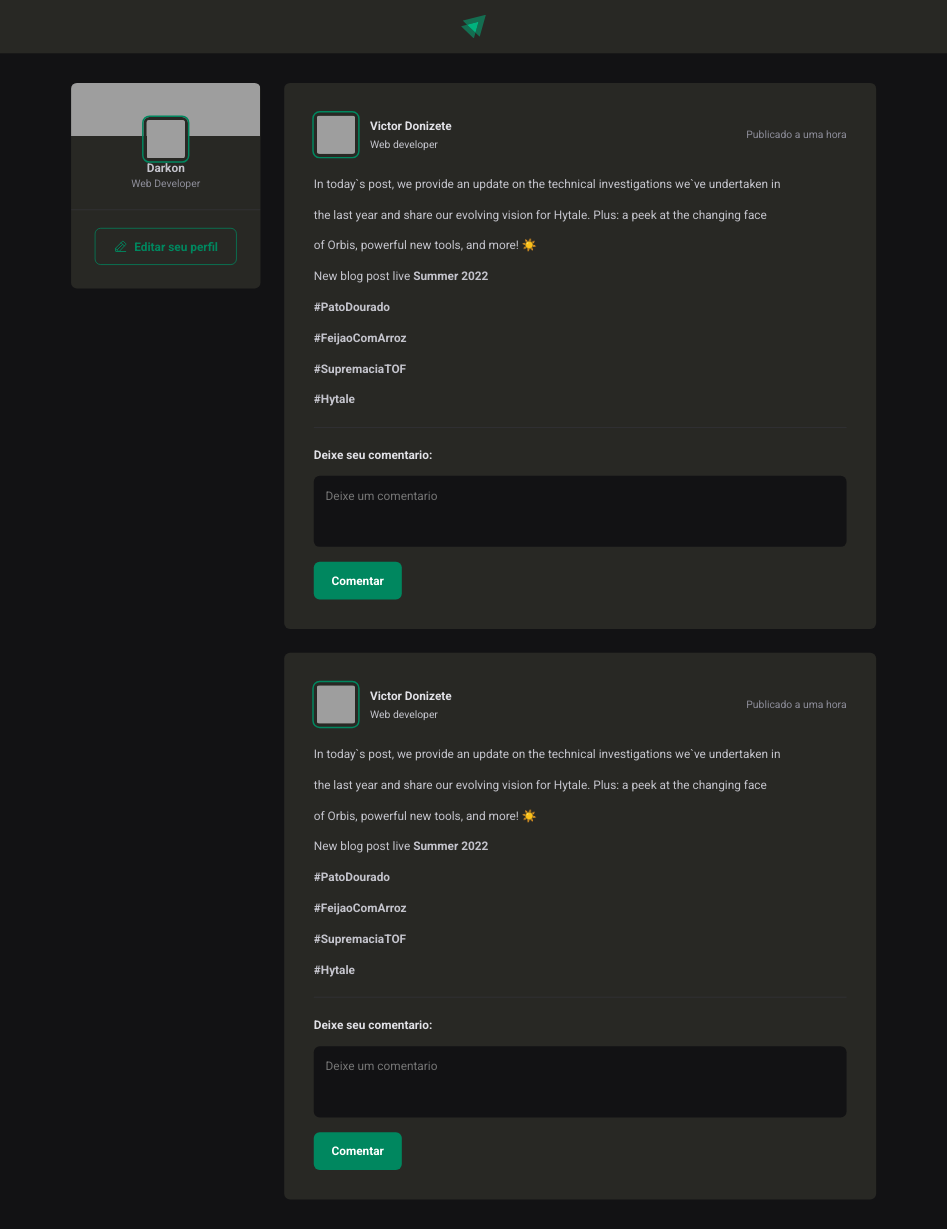
Repository: viviij/PseudoRedeSocial
Page: /
An editor plug-in stored every save of this project. The page is shown before and after the next save, followed by the edit.
The browser window is 1280 px wide. The pictures show the whole page, at 74% of full size.
Pictures or frames that could not be fetched are drawn as grey boxes. The project was rebuilt for these pictures with package versions that can differ from the ones it lists, and the page was loaded fresh each time. Also part of the build but not shown: vite.config.js.

Above is the page before, as saved 2022-08-02 12:48:28.

### index.html
<!DOCTYPE html>
<html lang="en">
  <head>
    <meta charset="UTF-8" />
    <link rel="preconnect" href="https://fonts.googleapis.com">
    <link rel="preconnect" href="https://fonts.gstatic.com" crossorigin>
    <link rel="icon" type="image/svg+xml" href="/vite.svg" />
    <meta name="viewport" content="width=device-width, initial-scale=1.0" />
    <link href="https://fonts.googleapis.com/css2?family=Roboto:wght@400;700&display=swap" rel="stylesheet">
    <title>RedeSocial</title>
  </head>
  <body>
    <div id="root"></div>
    <script type="module" src="/src/main.jsx"></script>
  </body>
</html>

### src/App.jsx
import { Header } from "./components/header";
import { Sidebar } from "./components/Sidebar"
import { Post } from "./components/Post"

import styles from "./App.module.css"
import "./global.css"
export function App() {
  return (
    <div>
      <Header />

      <div className={styles.wrapper}>
        <Sidebar />
        <main>
          <Post
            author="Victor Donizete"
            content="Texto generico criado apenas para simular uma postagem"
          />
          <Post
            author="Fernanda Medeiros"
            content="Texto generico criado apenas para simular uma postagem"
          />
        </main>
      </div>
    </div>
  )
}

### src/components/header.jsx
import styles from "./Header.module.css"

import IgniteLogo from '../assets/IgniteLogo.svg'

export function Header() {
  return (
    <header className={styles.header}>
      <img src={IgniteLogo} alt="Logo da ignite" />
    </header>
  )
}

### src/components/Sidebar.jsx
import styles from "./Sidebar.module.css"
import { PencilLine } from "phosphor-react"

export function Sidebar() {
  return (
    <aside className={styles.sidebar}>
      <img
        className={styles.cover}
        src="https://images.unsplash.com/photo-1659095579647-7c1bbc73b36f?ixlib=rb-1.2.1&ixid=MnwxMjA3fDB8MHxlZGl0b3JpYWwtZmVlZHw1fHx8ZW58MHx8fHw%3D&auto=format&fit=crop&w=500&q=10" alt="plano de fundo"
      />

      <div className={styles.profile}>
        <img
          className={styles.avatar}
          src="https://github.com/viviij.png" alt="Foto de perfil" />

        <strong>Darkon</strong>
        <span>Web Developer</span>
      </div>

      <footer>
        <a
          href="#">
          <PencilLine
            size={20}
          />
          Editar seu perfil
        </a>
      </footer>
    </aside>
  )
}

### src/components/Post.jsx
import styles from "./Post.module.css"

export function Post() {
  return (
    <article className={styles.post}>
      <header>
        <div className={styles.author}>
          <img className={styles.avatar} src="https://github.com/viviij.png" alt="Foto do perfil" />
          <div className={styles.authorInfo}>
            <strong>Victor Donizete</strong>
            <span>Web developer</span>
          </div>
        </div>
        <time title="1 de agosto as 00:13h" dateTime="2022-05-11 00:13:46">Publicado a uma hora</time>
      </header>

      <div className={styles.content}>
        <p> In today`s post, we provide an update on the technical investigations we`ve undertaken in</p> <p> the last year and share our evolving vision for Hytale. Plus: a peek at the changing face </p>
        <p> of Orbis, powerful new tools, and more! ☀️ </p>
        <p>New blog post live <a href="https://hytale.com/news/2022/7/summer-2022-development-update">Summer 2022</a></p>

        <p><a href="#">#PatoDourado</a></p>{' '}
        <p><a href="#">#FeijaoComArroz</a></p>{' '}
        <p><a href="#">#SupremaciaTOF</a></p>{' '}
        <p><a href="#">#Hytale</a></p>
      </div>

      <form className={styles.commentForm}>
        <strong>Deixe seu comentario: </strong>

        <textarea
          placeholder="Deixe um comentario"
        />

        <button type="submit">Comentar</button>
      </form>
    </article>
  )
}

### src/App.module.css
.wrapper {
  max-width: 70rem;
  margin: 2rem auto;
  padding: 0.5rem 1rem;

  display: grid;
  grid-template-columns: 256px 1fr;
  gap: 2rem;
  align-items: flex-start;

}

### src/global.css
:root {
  --white: #ffffff;

  --gray-100: #e1e1e6;
  --gray-300: #c4c4cc;
  --gray-400: #8d8d99;
  --gray-600: #323238;
  --gray-700: #29292e;
  --gray-800: #282824;
  --gray-900: #121214;

  --green-300: #00B37E;
  --green-500: #00875f;
}

:focus {
  outline: transparent;
  box-shadow: 0 0 0 2px var(--green-500)
}

* {
  margin: 0;
  padding: 0;
  box-sizing: border-box;
}

body {
  background: var(--gray-900);
  color: var(--gray-300);
  -webkit-font-smoothing: antialiased;
}

body,
input,
textarea,
button {
  font-family: 'Roboto', sans-serif;
  font-weight: 400;
  font-size: 1rem;
}

### src/components/Sidebar.module.css
.sidebar {
  background: var(--gray-800);
  border-radius: 8px;
  overflow: hidden;
}

.cover {
  width: 100%;
  height: 72px;
  object-fit: cover;
}

.profile {
  display: flex;
  flex-direction: column;
  align-items: center;

  margin-top: calc(0px - 1.5rem - 6px);
}

.avatar {
  width: calc(3rem + 12px);
  height: calc(3rem + 12px);
  border-radius: 8px;
  border: 4px solid var(--gray-800);
  outline: 2px solid var(--green-500);
}

.prfile strong {
  margin: 1rem;
  color: var(--gray-100);
  line-height: 1.6;
}

.profile span {
  font-size: 0.875rem;
  color: var(--gray-400);
  line-height: 1.6;
}

.sidebar footer {
  border-top: 1px solid var(--gray-600);
  margin-top: 1.5rem;
  padding: 1.5rem 2rem 2rem;
}

.sidebar footer a {
  width: 100%;
  background: transparent;
  color: var(--green-500);
  border: 1px solid var(--green-500);
  border-radius: 8px;
  height: 50px;
  padding: 0 1.5rem;
  font-weight: bold;
  display: block;
  text-decoration: none;

  display: flex;
  align-items: center;
  justify-content: center;

  gap: 0.5rem;

  transition: color 0.5s, background-color 0.5s;
}

.sidebar footer a:hover {
  background: var(--green-500);
  color: var(--white)
}

### src/components/Post.module.css
.post {
  background: var(--gray-800);
  border-radius: 8px;
  padding: 2.5rem;
}

.post+.post {
  margin-top: 2rem;
}

.content {
  line-height: 1.6;
  color: var(--gray-300);
  margin-top: 1.5rem;
}

.content p {
  margin-top: 1rem;
}

.content a {
  font-weight: bold;
  color: var(--gray-500);
  text-decoration: none;
}

.content a:hover {
  color: var(--green-300);
}

.post>header {
  display: flex;
  align-items: center;
  justify-content: space-between;
}

.post>header time {
  font-size: 0.875rem;
  color: var(--gray-400);
}

.author {
  display: flex;
  align-items: center;
  gap: 1rem;
}

.author img {
  width: calc(3rem + 12px);
  height: calc(3rem + 12px);
  border-radius: 8px;
  border: 4px solid var(--gray-800);
  outline: 2px solid var(--green-500);
}

.authorInfo strong {
  display: block;
  color: var(--gray-100);
  line-height: 1.6;
}

.authorInfo span {
  display: block;
  font-size: 0.875rem;
  color: var(--grey-400);
  line-height: 1.6;
}

.commentForm {
  width: 100%;
  margin-top: 1.5rem;
  padding-top: 1.5rem;
  border-top: 1px solid var(--gray-600);
}

.commentForm>strong {
  line-height: 1.6;
  color: var(--gray-100);
}

.commentForm textarea {
  width: 100%;
  background: var(--gray-900);
  border: 0;
  resize: none;
  height: 6rem;
  padding: 1rem;
  border-radius: 8px;
  color: var(--gray-100);
  line-height: 1.4;
  margin-top: 1rem;
}

.commentForm footer {
  visibility: hidden;
  max-height: 0;
}

.commentForm:focus-within footer {
  visibility: visible;
  max-height: none;
}

.commentForm button[type=submit] {
  padding: 1rem 1.5rem;
  margin-top: 1rem;
  border-radius: 8px;
  border: 0;
  background: var(--green-500);
  color: var(--white);
  font-weight: bold;
  cursor: pointer;

  transition: background-color 0.5s;
}

.commentForm button[type=submit]:hover {
  background: var(--green-300);
}

Loaded but not shown: src/main.jsx (common file); src/components/Header.module.css (common file)

After the next save:
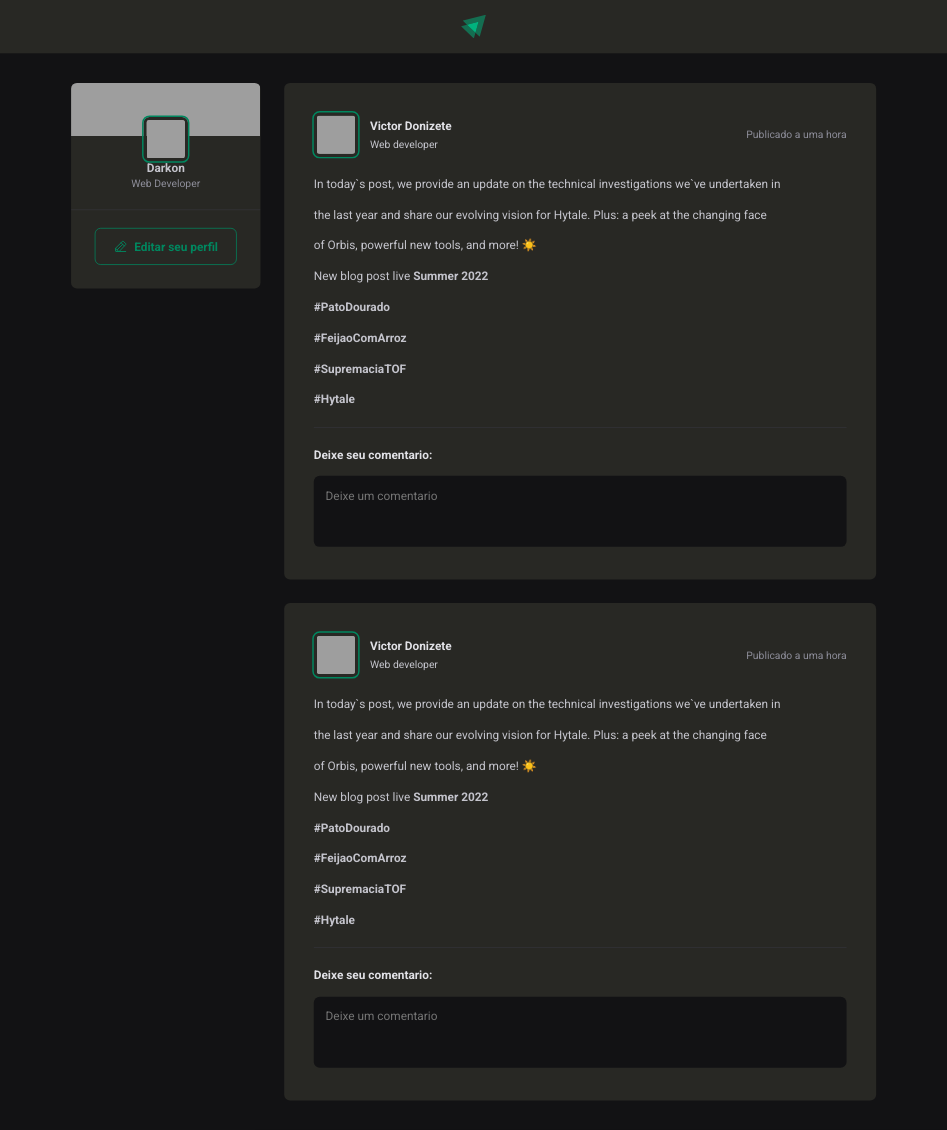
Saved 12 min 20 s later.
--- a/src/components/Post.jsx
+++ b/src/components/Post.jsx
@@ -31,8 +31,10 @@ export function Post() {
         <textarea
           placeholder="Deixe um comentario"
         />
+        <footer>
+          <button type="submit">Comentar</button>
 
-        <button type="submit">Comentar</button>
+        </footer>
       </form>
     </article>
   )
